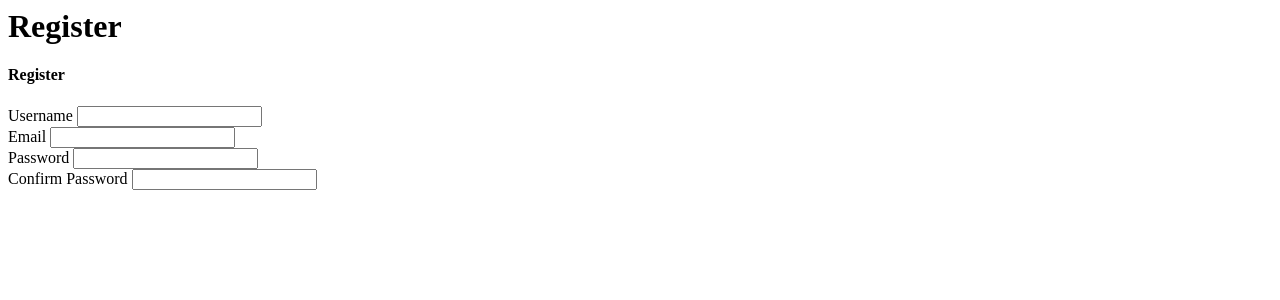
Repository: florin7755/BTRE_PROJECT
Page: http://localhost/accounts/register
The author's editor kept a copy of each file at every save. The page is drawn from the files as they stood at one save, then again after the next save.
The browser window is 1280 px wide. The pictures show the whole page.
The page is served by the project's application, run on Django 4.2 (manage.py).

Above is the page before, as saved 2023-06-24 17:06:50.

After the next save:
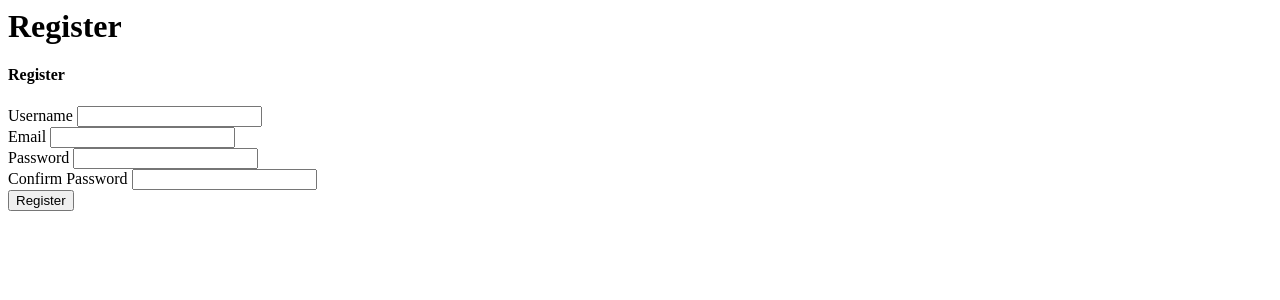
Saved 2 min 43 s later.
--- a/templates/accounts/register.html
+++ b/templates/accounts/register.html
@@ -27,3 +27,11 @@
                                     <label for='password'>Confirm Password</label>
                                     <input type='password' name='password2' class='form-control' required>
                                 </div>
+                                <input type='submit' value='Register' class='btn btn-secondary btn-block'>
+                            </form>
+                        </div>
+                    </div>
+                </div>
+            </div>
+        </div>
+    </section>
